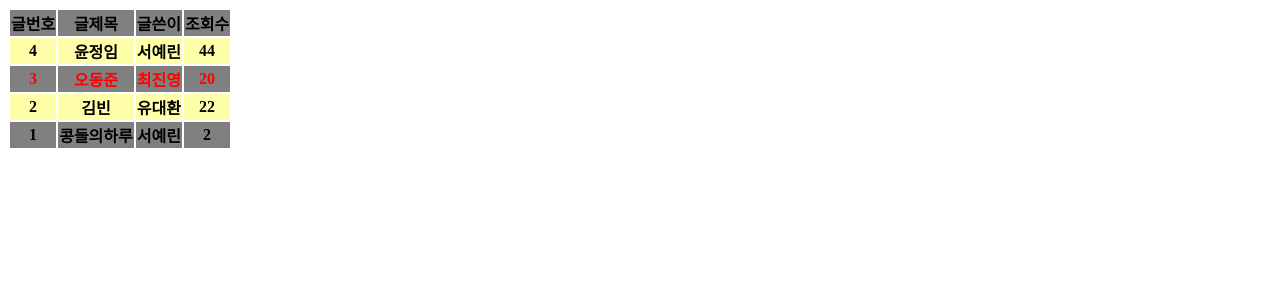
Repository: YERIN0531/SEOYERIN_WEBPRO
Page: gitSource/07_jQuery/jq01/WebContent/05_selector.html
The author's editor kept a copy of each file at every save. The page is drawn from the files as they stood at one save, then again after the next save.
The browser window is 1280 px wide. The pictures show the whole page.

Above is the page before, as saved 2022-06-21 01:54:50.

### gitSource/07_jQuery/jq01/WebContent/05_selector.html
<!DOCTYPE html>
<html>
<head>
<meta charset="utf-8">
<title>Insert title here</title>
<script src="https://code.jquery.com/jquery-3.6.0.min.js"></script>
<script>
 $(document).ready(function(){
	 $('tr:even').css('background-color','gray'); //0번째부터 시작 //even : 짝수번째
	 $('tr:odd').css('backgroundColor','#FFFFAA'); //odd 홀수번쨰
	 $('tr:nth-child(3n)').css('color','red'); //1부터 시작
 });
</script>
</head>
<body>
	<table>
		<tr><th>글번호</th><th>글제목</th><th>글쓴이</th><th>조회수</th></tr>
		<tr><th>4</th><th>윤정임</th><th>서예린</th><th>44</th></tr>
		<tr><th>3</th><th>오동준</th><th>최진영</th><th>20</th></tr>
		<tr><th>2</th><th>김빈</th><th>유대환</th><th>22</th></tr>
		<tr><th>1</th><th>콩들의하루</th><th>서예린</th><th>2</th></tr>
	</table>
</body>
</html>

After the next save:
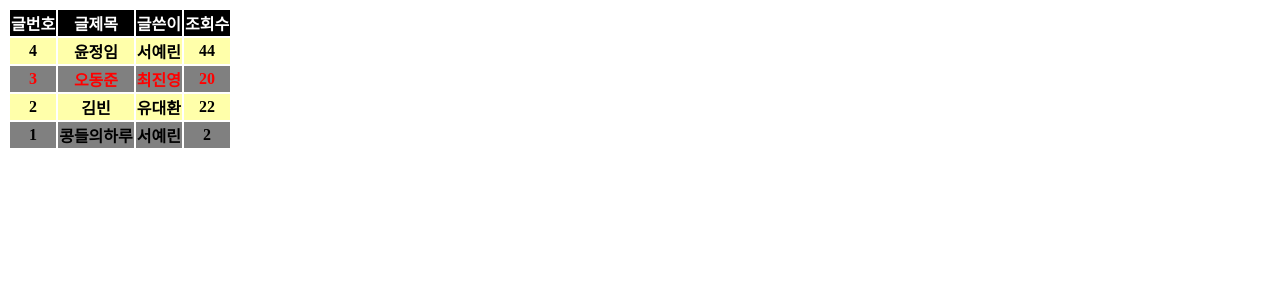
Saved 85 s later.
--- a/gitSource/07_jQuery/jq01/WebContent/05_selector.html
+++ b/gitSource/07_jQuery/jq01/WebContent/05_selector.html
@@ -9,6 +9,7 @@
 	 $('tr:even').css('background-color','gray'); //0번째부터 시작 //even : 짝수번째
 	 $('tr:odd').css('backgroundColor','#FFFFAA'); //odd 홀수번쨰
 	 $('tr:nth-child(3n)').css('color','red'); //1부터 시작
+	 $('tr:eq(0)').css('background-color','black').css('color','white');
  });
 </script>
 </head>
